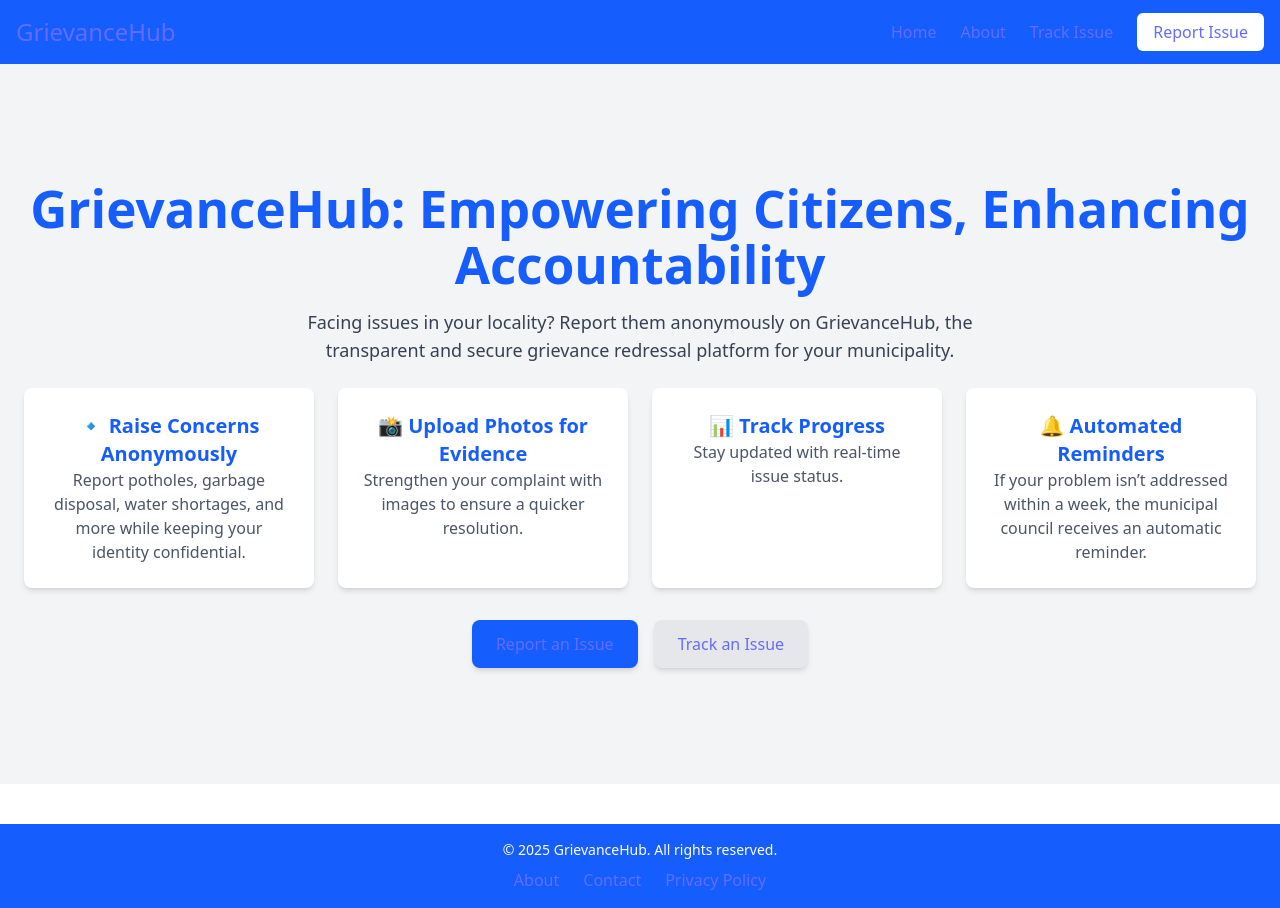
Repository: Aishi4/Grievance-Hub
Page: / (app in my-vite-Griv/)
These files come from the project's save history. The page is drawn as it stood at one moment and after the next save; the edit follows.
The browser window is 1280 px wide. The pictures show the whole page.
The project was rebuilt for these pictures with package versions that can differ from the ones it lists, and the page was loaded fresh each time. Also part of the build but not shown: my-vite-Griv/vite.config.js, my-vite-Griv/src/ReportSubmit.jsx, my-vite-Griv/src/Report.jsx, my-vite-Griv/src/App.jsx.

Above is the page before, as saved 2025-03-27 20:04:56.

### my-vite-Griv/src/main.jsx
import { StrictMode } from 'react'
import { createRoot } from 'react-dom/client'
import './index.css'
import App from './App.jsx'
import { Route,createBrowserRouter, createRoutesFromElements, RouterProvider } from 'react-router'
import Layout from './Layout.jsx'
import Home from './Home.jsx'

const router = createBrowserRouter(
  createRoutesFromElements(
    <Route path='/' element={<Layout />}>
      <Route path="" element={<Home />} />

    </Route>
  )
)

createRoot(document.getElementById('root')).render(
  <StrictMode>




    <RouterProvider router={router} />

  </StrictMode>,
)

### my-vite-Griv/src/Layout.jsx
import React from 'react'
import Navbar from './Navbar'
import Footer from './Footer'
import { Outlet } from 'react-router-dom'

function Layout() {
  return (
    <>
    <Navbar/>
    <main className="flex-grow text-gray-900 dark:text-white dark:bg-gray-900">
                <Outlet />
            </main>
    <Footer />
    </>
  )
}

export default Layout

### my-vite-Griv/src/Home.jsx
import { Link } from "react-router-dom";

const Home = () => {
  return (
    <div className="min-h-screen bg-gray-100 flex flex-col items-center justify-center p-6">
      {/* Hero Section */}
      <h1 className="text-4xl font-bold text-blue-600 mb-4 text-center">
        GrievanceHub: Empowering Citizens, Enhancing Accountability
      </h1>
      <p className="text-lg text-gray-700 text-center max-w-2xl mb-6">
        Facing issues in your locality? Report them anonymously on GrievanceHub,
        the transparent and secure grievance redressal platform for your municipality.
      </p>

      {/* Features Section */}
      <div className="grid grid-cols-1 md:grid-cols-2 lg:grid-cols-4 gap-6 text-center">
        <div className="bg-white p-6 rounded-lg shadow-md">
          <h2 className="text-xl font-semibold text-blue-600">🔹 Raise Concerns Anonymously</h2>
          <p className="text-gray-600">Report potholes, garbage disposal, water shortages, and more while keeping your identity confidential.</p>
        </div>

        <div className="bg-white p-6 rounded-lg shadow-md">
          <h2 className="text-xl font-semibold text-blue-600">📸 Upload Photos for Evidence</h2>
          <p className="text-gray-600">Strengthen your complaint with images to ensure a quicker resolution.</p>
        </div>

        <div className="bg-white p-6 rounded-lg shadow-md">
          <h2 className="text-xl font-semibold text-blue-600">📊 Track Progress</h2>
          <p className="text-gray-600">Stay updated with real-time issue status.</p>
        </div>

        <div className="bg-white p-6 rounded-lg shadow-md">
          <h2 className="text-xl font-semibold text-blue-600">🔔 Automated Reminders</h2>
          <p className="text-gray-600">If your problem isn’t addressed within a week, the municipal council receives an automatic reminder.</p>
        </div>
      </div>

      {/* Call to Action */}
      <div className="mt-8 flex space-x-4">
        <Link to="/report" className="bg-blue-600 text-white px-6 py-3 rounded-lg shadow-md hover:bg-blue-700">
          Report an Issue
        </Link>
        <Link to="/track" className="bg-gray-200 text-gray-800 px-6 py-3 rounded-lg shadow-md hover:bg-gray-300">
          Track an Issue
        </Link>
      </div>
    </div>
  );
};

export default Home;

### my-vite-Griv/src/Navbar.jsx
import { Link } from "react-router-dom";

const Navbar = () => {
  return (
    <nav className="bg-blue-600 text-white p-4 shadow-md">
      <div className="container mx-auto flex justify-between items-center">
        {/* Logo */}
        <Link to="/" className="text-2xl font-bold">
          GrievanceHub
        </Link>

        {/* Navigation Links */}
        <div className="space-x-6">
          <Link to="/" className="hover:text-gray-200">Home</Link>
          <Link to="/about" className="hover:text-gray-200">About</Link>
          <Link to="/track" className="hover:text-gray-200">Track Issue</Link>
          <Link to="/report" className="hover:text-gray-200 bg-white text-blue-600 px-4 py-2 rounded-md">Report Issue</Link>
        </div>
      </div>
    </nav>
  );
};

export default Navbar;

### my-vite-Griv/src/Footer.jsx
const Footer = () => {
    return (
      <footer className="bg-blue-600 text-white py-4 mt-10 text-center">
        <div className="container mx-auto">
          <p className="text-sm">&copy; {new Date().getFullYear()} GrievanceHub. All rights reserved.</p>
          <div className="flex justify-center space-x-6 mt-2">
            <a href="/about" className="hover:underline">About</a>
            <a href="/contact" className="hover:underline">Contact</a>
            <a href="/privacy" className="hover:underline">Privacy Policy</a>
          </div>
        </div>
      </footer>
    );
  };

  export default Footer;

Loaded but not shown: my-vite-Griv/index.html (common file); my-vite-Griv/src/index.css (common file)

After the next save:
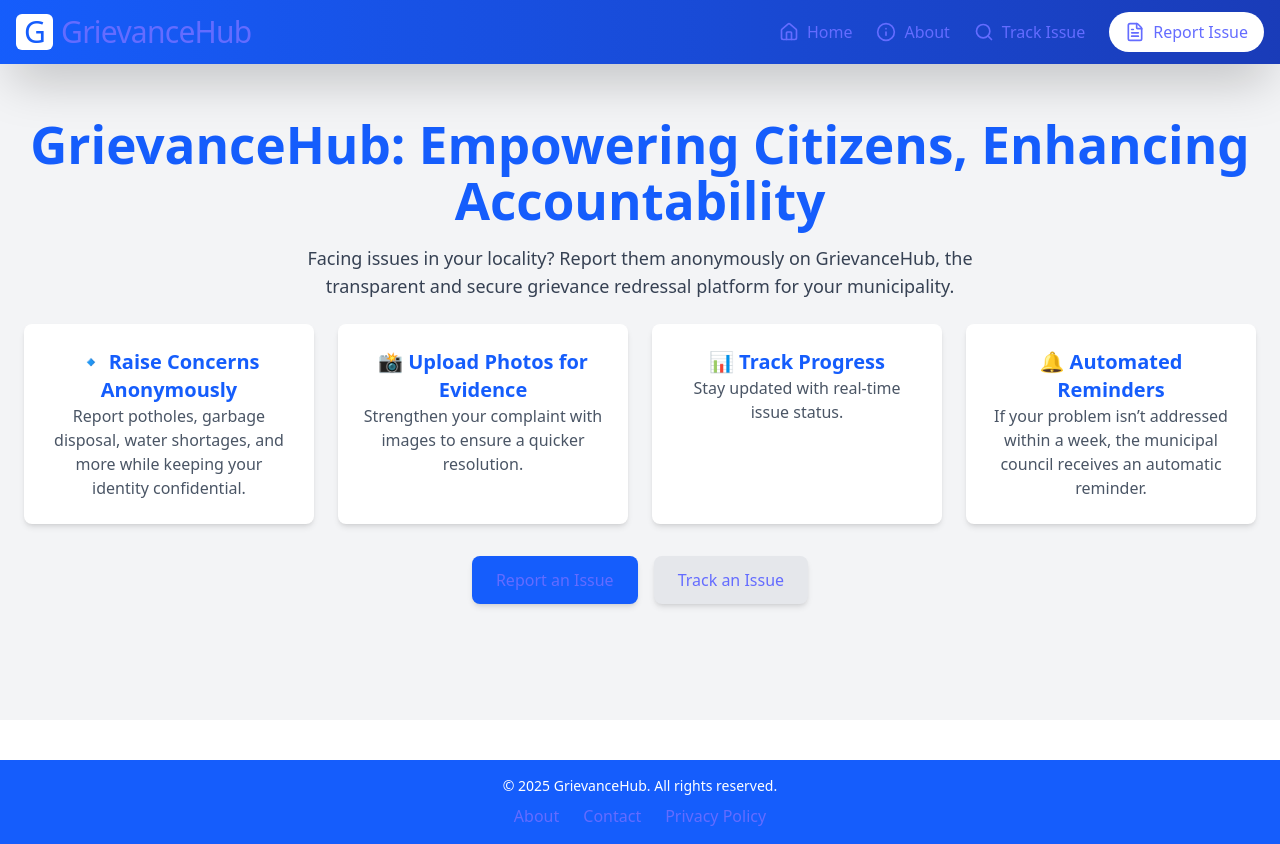
Saved 3 min 30 s later.
--- a/my-vite-Griv/src/Navbar.jsx
+++ b/my-vite-Griv/src/Navbar.jsx
@@ -1,23 +1,93 @@
+import React, { useState } from 'react';
 import { Link } from "react-router-dom";
+import { motion } from "framer-motion";
+import { Home, Info, Search, FileText } from "lucide-react";
 
 const Navbar = () => {
+  const [isHovered, setIsHovered] = useState(null);
+
+  const navItems = [
+    {
+      to: "/",
+      label: "Home",
+      icon: Home
+    },
+    {
+      to: "/about",
+      label: "About",
+      icon: Info
+    },
+    {
+      to: "/track",
+      label: "Track Issue",
+      icon: Search
+    },
+    {
+      to: "/report",
+      label: "Report Issue",
+      icon: FileText,
+      special: true
+    }
+  ];
+
   return (
-    <nav className="bg-blue-600 text-white p-4 shadow-md">
-      <div className="container mx-auto flex justify-between items-center">
-        {/* Logo */}
-        <Link to="/" className="text-2xl font-bold">
-          GrievanceHub
-        </Link>
+    <motion.nav
+      initial={{ opacity: 0, y: -50 }}
+      animate={{ opacity: 1, y: 0 }}
+      transition={{ duration: 0.6, type: "spring", stiffness: 50 }}
+      className="fixed w-full z-50 bg-gradient-to-r from-blue-600 to-blue-800 text-white shadow-2xl"
+    >
+      <div className="container mx-auto px-4 py-3 flex justify-between items-center">
+        {/* Logo with Hover Effect */}
+        <motion.div
+          whileHover={{ scale: 1.1 }}
+          whileTap={{ scale: 0.95 }}
+        >
+          <Link
+            to="/"
+            className="text-3xl font-extrabold tracking-tight flex items-center space-x-2"
+          >
+            <span className="bg-white text-blue-600 px-2 rounded-md">G</span>
+            <span>GrievanceHub</span>
+          </Link>
+        </motion.div>
 
         {/* Navigation Links */}
-        <div className="space-x-6">
-          <Link to="/" className="hover:text-gray-200">Home</Link>
-          <Link to="/about" className="hover:text-gray-200">About</Link>
-          <Link to="/track" className="hover:text-gray-200">Track Issue</Link>
-          <Link to="/report" className="hover:text-gray-200 bg-white text-blue-600 px-4 py-2 rounded-md">Report Issue</Link>
+        <div className="flex items-center space-x-6">
+          {navItems.map((item, index) => (
+            <motion.div
+              key={item.to}
+              onHoverStart={() => setIsHovered(index)}
+              onHoverEnd={() => setIsHovered(null)}
+              className="relative"
+            >
+              <Link
+                to={item.to}
+                className={`
+                  flex items-center space-x-2
+                  ${item.special
+                    ? 'bg-white text-blue-600 px-4 py-2 rounded-full'
+                    : 'text-white hover:text-blue-200'}
+                  transition-all duration-300
+                `}
+              >
+                <item.icon size={20} />
+                <span>{item.label}</span>
+              </Link>
+
+              {!item.special && isHovered === index && (
+                <motion.div
+                  layoutId="underline"
+                  className="absolute bottom-[-6px] left-0 right-0 h-1 bg-white rounded-full"
+                  initial={{ width: 0 }}
+                  animate={{ width: '100%' }}
+                />
+              )}
+            </motion.div>
+          ))}
         </div>
       </div>
-    </nav>
+    </motion.nav>
   );
 };
 
